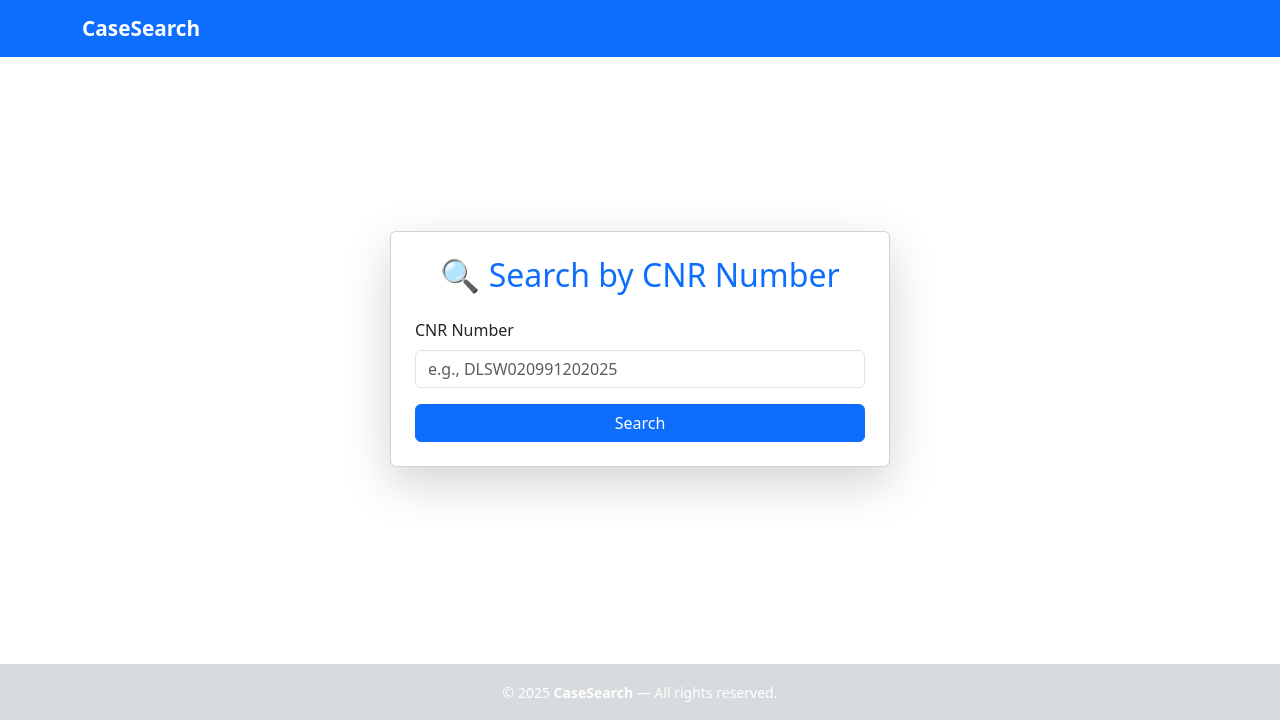
Repository: moatazbenma/Internship_task
Page: http://localhost/
An editor plug-in stored every save of this project. The page is shown before and after the next save, followed by the edit.
The browser window is 1280 px wide. The pictures show the whole page.
The page is served by the project's application, run on Django 5.2 (court_project/manage.py). Other server files are loaded and not shown.

Above is the page before, as saved 2025-08-04 03:50:32.

### court_projects/court_project/case_search/templates/case_search/search_form.html
{% extends "case_search/base.html" %}

{% block title %}Search Case{% endblock %}

{% block content %}
<div class="d-flex justify-content-center align-items-center" style="min-height: 70vh;">
    <div class="card shadow-lg p-4" style="width: 100%; max-width: 500px;">
        <h2 class="mb-4 text-center text-primary">🔍 Search by CNR Number</h2>
        <form method="get" action="{% url 'case_search:search' %}" id="searchForm">
            <div class="mb-3">
                <label for="cnr" class="form-label">CNR Number</label>
                <input type="text" name="cnr" id="cnr" class="form-control"
                       placeholder="e.g., DLSW020991202025" required>
            </div>
            <button type="submit" class="btn btn-primary w-100" id="submitBtn">
                Search
            </button>
        </form>
    </div>
</div>

<script>
    const form = document.getElementById('searchForm');
    const btn = document.getElementById('submitBtn');
    form.addEventListener('submit', () => {
        btn.disabled = true;
        btn.innerHTML = `<span class="spinner-border spinner-border-sm me-2" role="status" aria-hidden="true"></span>Searching...`;
    });
</script>
{% endblock %}

### court_projects/court_project/case_search/templates/case_search/base.html
{% load static %}
<!DOCTYPE html>
<html lang="en">
<head>
    <meta charset="UTF-8">
    <meta name="viewport" content="width=device-width, initial-scale=1">
    <meta name="description" content="Search and track case records effortlessly using CaseSearch.">
    <title>{% block title %}Case Search{% endblock %}</title>

    <link rel="icon" href="{% static 'images/favicon.ico' %}">
    <link href="https://cdn.jsdelivr.net/npm/bootstrap@5.3.0/dist/css/bootstrap.min.css" rel="stylesheet">

    <style>
        body {
            display: flex;
            flex-direction: column;
            min-height: 100vh;
        }
        .content {
            flex: 1;
        }
        footer {
            background-color: #d8dbddff;
        }
        .navbar-brand {
            font-weight: bold;
            font-size: 1.3rem;
        }
    </style>
</head>
<body>

<nav class="navbar navbar-expand-lg navbar-dark bg-primary">
    <div class="container">
        <a class="navbar-brand" href="{% url 'case_search:search_form' %}">CaseSearch</a>
        <button class="navbar-toggler" type="button" data-bs-toggle="collapse" data-bs-target="#navbarNav"
                aria-controls="navbarNav" aria-expanded="false" aria-label="Toggle navigation">
            <span class="navbar-toggler-icon"></span>
        </button>
        <div class="collapse navbar-collapse" id="navbarNav">
        </div>
    </div>
</nav>

<div class="container mt-3">
    {% if messages %}
        {% for message in messages %}
            <div class="alert alert-{{ message.tags }} alert-dismissible fade show" role="alert">
                {{ message }}
                <button type="button" class="btn-close" data-bs-dismiss="alert" aria-label="Close"></button>
            </div>
        {% endfor %}
    {% endif %}
</div>

<main class="container content my-4">
    {% block content %}{% endblock %}
</main>

<footer class="text-white text-center py-3 mt-auto">
    <div class="container">
        <small>&copy; 2025 <strong>CaseSearch</strong> — All rights reserved.</small>
    </div>
</footer>

<script src="https://cdn.jsdelivr.net/npm/bootstrap@5.3.0/dist/js/bootstrap.bundle.min.js"></script>
</body>
</html>

### court_projects/court_project/case_search/views.py
from django.shortcuts import render
from .scraper import scrape_case_details
from case_search.utils import save_scraped_data
from django.contrib import messages


def search_form(request):
    return render(request, 'case_search/search_form.html')

def search_view(request):
    cnr = request.GET.get("cnr", "").strip().upper()

    if not cnr or len(cnr) != 16:
        messages.error(request, "❌ Invalid CNR format. It must be exactly 16 characters long.")
        return render(request, "case_search/search_result.html")

    try:
        data = scrape_case_details(cnr)
    except Exception as e:
        messages.error(request, f"⚠️ Error occurred while fetching the case: {str(e)}")
        return render(request, "case_search/search_result.html")

    if not data:
        messages.error(request, f"❌ No case found for CNR: {cnr}. Please check the number and try again.")
        return render(request, "case_search/search_result.html")

    case = save_scraped_data(data)
    return render(request, "case_search/search_result.html", {"case": case})

### court_projects/court_project/court_project/urls.py
from django.contrib import admin
from django.urls import path, include

urlpatterns = [
    path('admin/', admin.site.urls),
    path('', include('case_search.urls', namespace='case_search')),  # 👈 This is crucial
]

### court_projects/court_project/case_search/urls.py
from django.urls import path
from . import views

app_name = 'case_search'

urlpatterns = [
    path('', views.search_form, name='search_form'),
    path('results/', views.search_view, name='search'),
]

### court_projects/court_project/case_search/scraper.py
import requests
from bs4 import BeautifulSoup

BASE_URL = "https://districts.ecourtsindia.com/CNR/"

def scrape_case_details(cnr_number):
    url = f"{BASE_URL}{cnr_number}"
    response = requests.get(url)

    if response.status_code != 200:
        print(f"Failed to fetch data for {cnr_number}")
        return None

    soup = BeautifulSoup(response.text, "html.parser")

    try:
        card_body = soup.select_one('.info-card .card-body')
        columns = card_body.select('.col-md-6')

        left = columns[0].find_all('p')
        right = columns[1].find_all('p')

        cnr = left[0].text.split(":")[-1].strip()
        case_number = left[1].text.split(":")[-1].strip()
        parties = left[2].text.split(":")[-1].strip()
        filing_date = left[3].text.split(":")[-1].strip()
        registration_date = left[4].text.split(":")[-1].strip()

        court_name = right[0].text.split(":")[-1].strip()
        hearing_date = right[1].text.split(":")[-1].strip()
        status = right[2].text.split(":")[-1].strip()

        petitioner, respondent = parties.split("versus")

        orders = []
        timeline_items = soup.select('.timeline-item')

        for item in timeline_items:
            if 'marker-order' in item.select_one('.timeline-marker')['class']:
                order_date = item.select_one('.event-date').text.strip()
                summary = item.select_one('h6').text.strip()
                pdf_link_tag = item.select_one('a.btn-view-order')
                pdf_url = "https://districts.ecourtsindia.com" + pdf_link_tag['href']

                orders.append({
                    "date": order_date,
                    "summary": summary,
                    "pdf_url": pdf_url
                })

        return {
            "cnr": cnr,
            "case_number": case_number,
            "petitioner": petitioner.strip(),
            "respondent": respondent.strip(),
            "filing_date": filing_date,
            "registration_date": registration_date,
            "hearing_date": hearing_date,
            "court_name": court_name,
            "status": status,
            "orders": orders,
            "raw_html": response.text,
        }

    except Exception as e:
        print(f"Error during parsing: {e}")
        return None

After the next save:
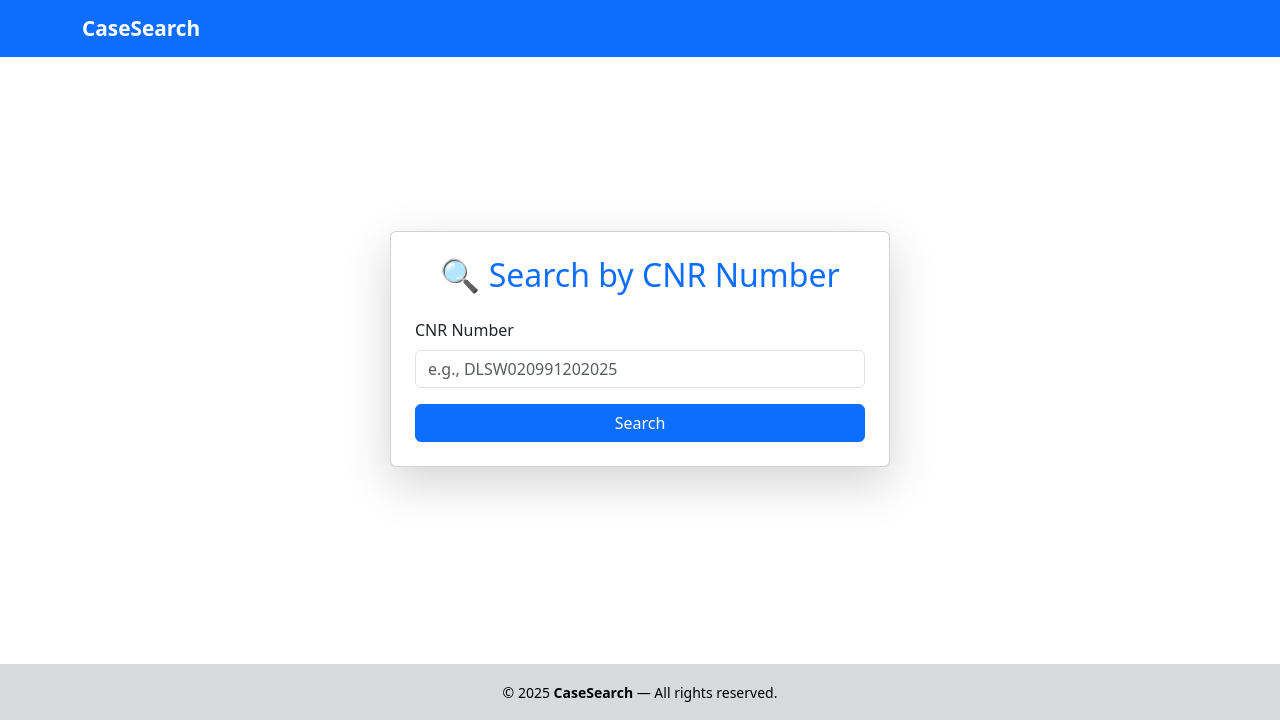
Saved 8 s later.
--- a/court_projects/court_project/case_search/templates/case_search/base.html
+++ b/court_projects/court_project/case_search/templates/case_search/base.html
@@ -57,7 +57,7 @@
     {% block content %}{% endblock %}
 </main>
 
-<footer class="text-white text-center py-3 mt-auto">
+<footer class="text-black text-center py-3 mt-auto">
     <div class="container">
         <small>&copy; 2025 <strong>CaseSearch</strong> — All rights reserved.</small>
     </div>
